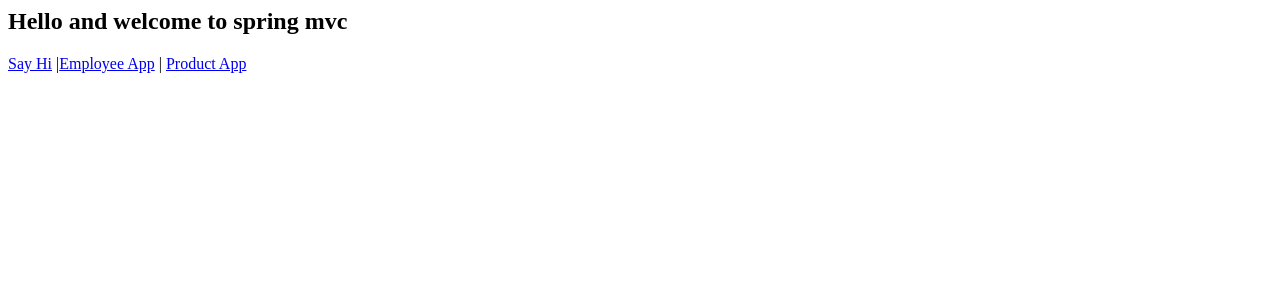
Repository: LuckyDhiman819/reveture-data
Page: http://localhost/spring-mvc-all-annotation/
The author's editor kept a copy of each file at every save. The page is drawn from the files as they stood at one save, then again after the next save.
The browser window is 1280 px wide. The pictures show the whole page.
The page is served by Tomcat 9. Other server files are loaded and not shown.

Above is the page before, as saved 2021-08-25 05:39:33.

### Revature/eclipse-workspace/spring-mvc-all-annotation/src/main/webapp/index.jsp
<html>
<body>
<h2>Hello and welcome to spring mvc</h2>
<a href="hi">Say Hi</a> |<a href="emp">Employee App</a> |
<a href = "product">Product App</a>
</body>
</html>

After the next save:
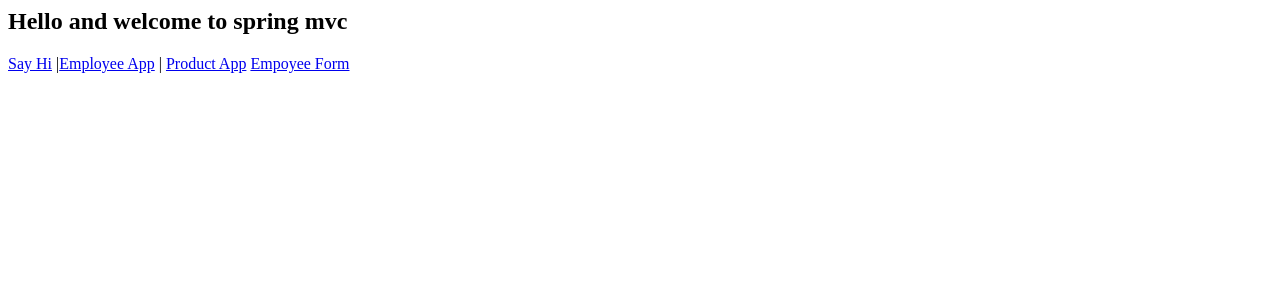
Saved 33 s later.
--- a/Revature/eclipse-workspace/spring-mvc-all-annotation/src/main/webapp/index.jsp
+++ b/Revature/eclipse-workspace/spring-mvc-all-annotation/src/main/webapp/index.jsp
@@ -3,5 +3,6 @@
 <h2>Hello and welcome to spring mvc</h2>
 <a href="hi">Say Hi</a> |<a href="emp">Employee App</a> |
 <a href = "product">Product App</a>
+<a href = "empform">Empoyee Form</a>
 </body>
 </html>
